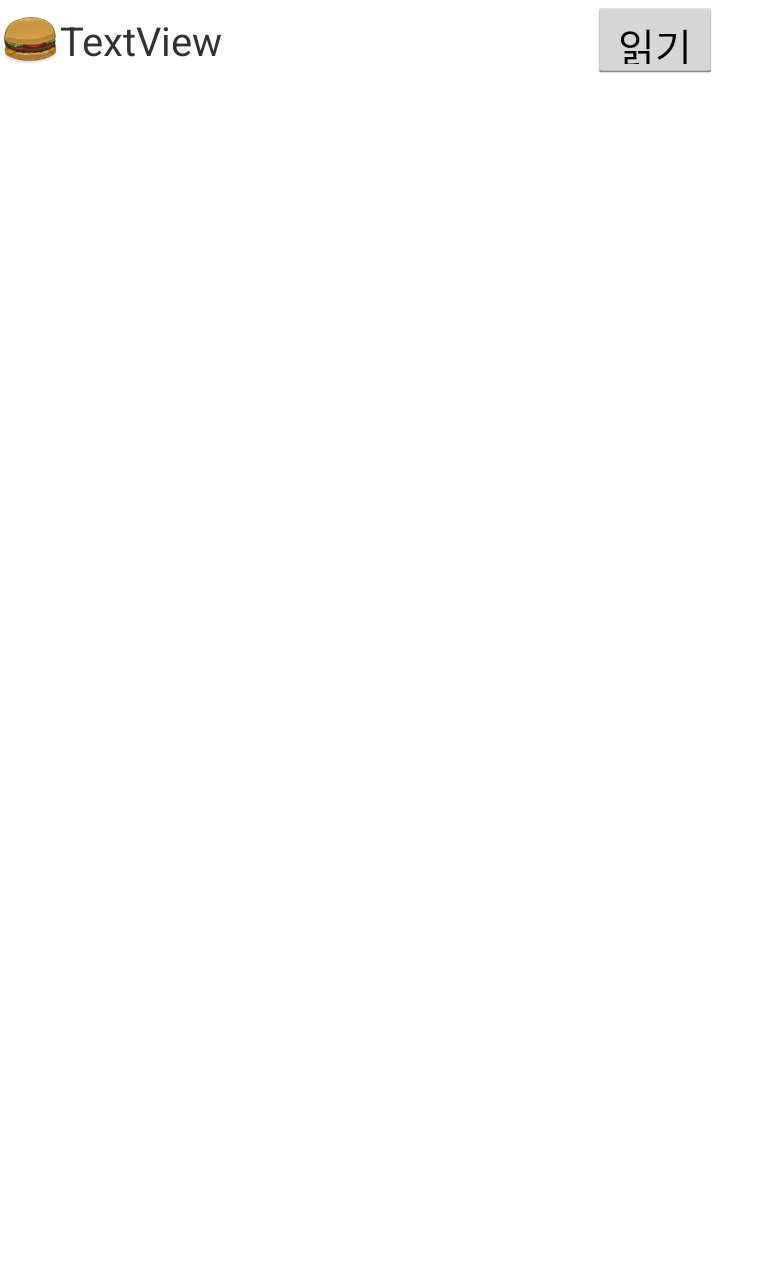
Repository: OnionLord/BurgerWIKI
Layout: burgerDicApp/BurgerDictionary/res/layout/burgeritem.xml
These files come from the project's save history. The layout is drawn as it stood at one moment and after the next save; the edit follows.
It is drawn on a 768 x 1280 px phone screen (xhdpi) without system bars, with theme AppTheme; the app's code is not run.

Above is the layout before, as saved 2014-11-07 16:15:00.

After the next save:
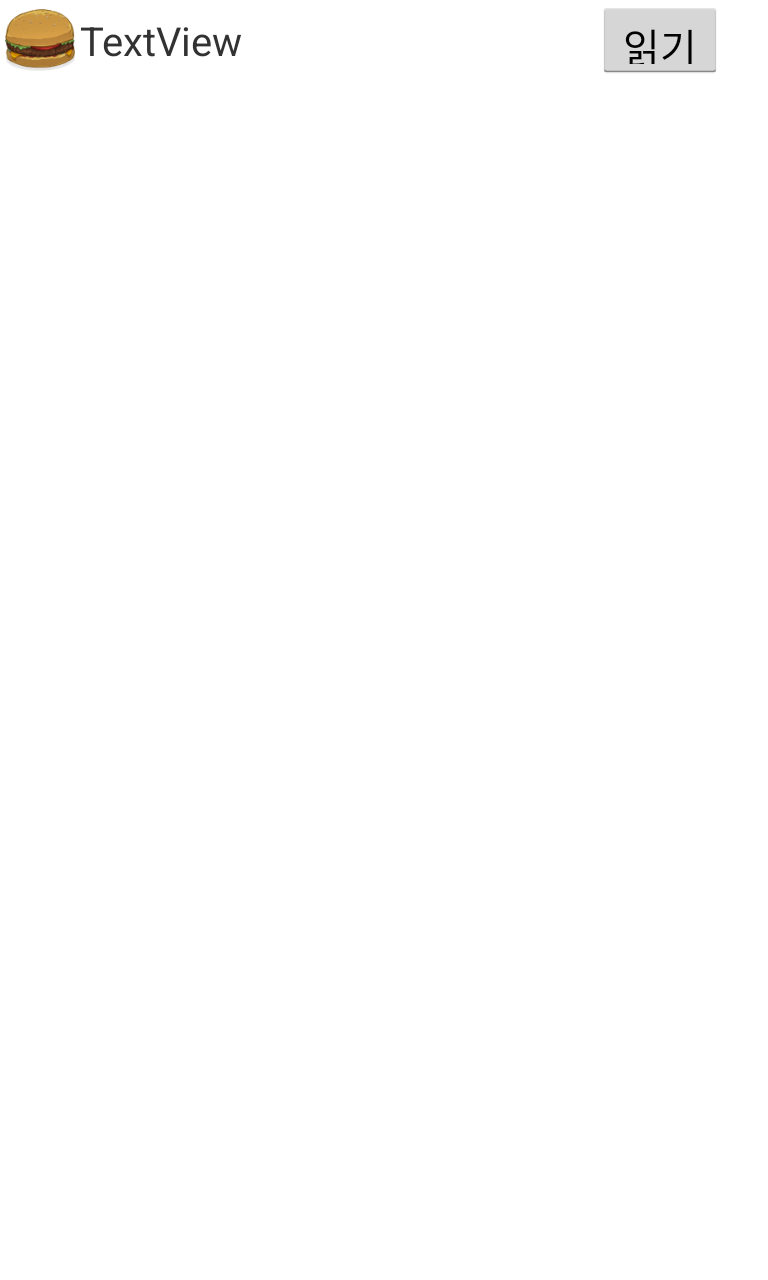
Saved 5 s later.
--- a/burgerDicApp/BurgerDictionary/res/layout/burgeritem.xml
+++ b/burgerDicApp/BurgerDictionary/res/layout/burgeritem.xml
@@ -10,8 +10,8 @@
 
         <ImageView
             android:id="@+id/imageView1"
-            android:layout_width="30dp"
-            android:layout_height="30dp"
+            android:layout_width="40dp"
+            android:layout_height="40dp"
             android:src="@drawable/ic_launcher" />
 
         <TextView
